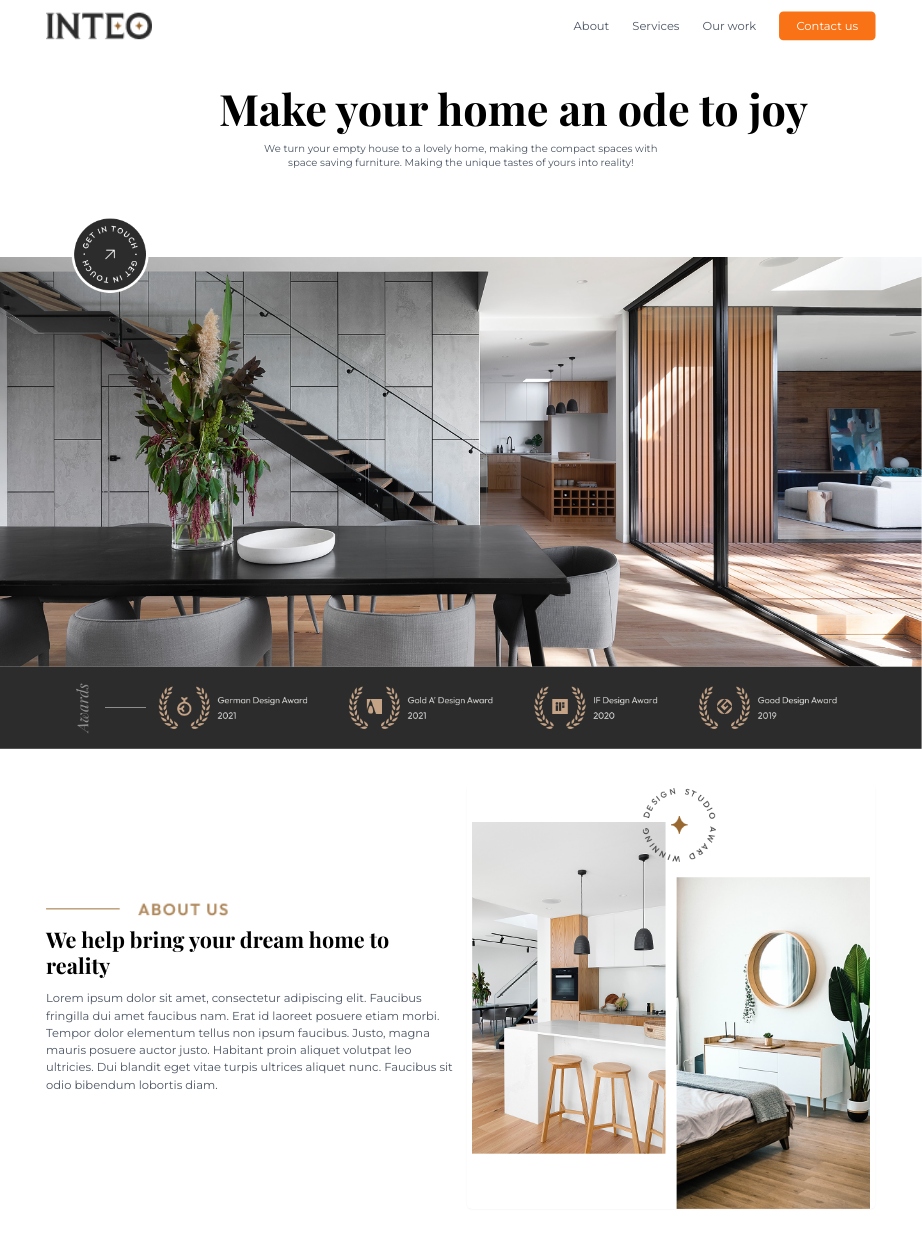
Repository: CatherinneJ/responsive-tailwind-website
Page: tailwind.html
These files come from the project's save history. The page is drawn as it stood at one moment and after the next save; the edit follows.
The browser window is 1280 px wide. The pictures show the whole page, at 72% of full size.
Some web libraries are served in a nearby version.

Above is the page before, as saved 2025-05-20 19:35:28.

### tailwind.html
<!DOCTYPE html>
<html lang="en">
<head>
    <meta charset="UTF-8">
    <meta name="viewport" content="width=device-width, initial-scale=1.0">
    <title>NTEO - Make your home an ode to joy</title>
    <script src="https://cdn.tailwindcss.com"></script>
    <link href="https://fonts.googleapis.com/css2?family=Playfair+Display:wght@400;700&family=Montserrat:wght@300;400;500;600&display=swap" rel="stylesheet">
    <style>
        .font-playfair {
            font-family: 'Playfair Display', serif;
        }
        body {
            font-family: 'Montserrat', sans-serif;
        }
    </style>
</head>
<body class="bg-white">
    <!-- Header responsive -->
    <header class="py-3 px-4 sm:py-4 sm:px-6 lg:px-16">
        <nav class="flex justify-between items-center">
            <img src="./Assets/Logo.png" alt="logo" class="h-8 sm:h-10">
            <!-- Menú adaptable -->
            <ul class="flex space-x-4 sm:space-x-6 md:space-x-8 items-center">
                <li class="hidden sm:inline-block text-gray-600 hover:text-black text-sm sm:text-base">About</li>
                <li class="hidden sm:inline-block text-gray-600 hover:text-black text-sm sm:text-base">Services</li>
                <li class="hidden md:inline-block text-gray-600 hover:text-black text-sm sm:text-base">Our work</li>
                <li class="bg-orange-500 text-white px-4 py-1 sm:px-6 sm:py-2 rounded-md hover:bg-orange-600 text-sm sm:text-base">Contact us</li>
            </ul>
        </nav>
    </header>

    <!-- Hero section -->
    <section class="flex flex-col items-center justify-center px-4 sm:px-6 lg:px-16 pt-6 pb-3 sm:pt-8 sm:pb-4 md:pt-12 md:pb-8 text-center">
        <h1 class="text-3xl sm:text-4xl md:text-5xl lg:text-6xl font-bold whitespace-normal sm:whitespace-nowrap font-playfair mb-3 sm:mb-4 max-w-2xl">
            Make your home an ode to joy
        </h1>

        <p class="text-base sm:text-lg md:text-sm text-gray-600 mb-6 sm:mb-8 max-w-md sm:max-w-xl">
            We turn your empty house to a lovely home, making the compact spaces with space saving furniture. Making the unique tastes of yours into reality!
        </p>
    </section>

    <!-- Imágenes full width -->
    <section class="mt-0">
        <img src="./Assets/Creative.png" class="w-full" alt="Creative design">
    </section>

    <section id="awards" class="mt-0">
        <img src="./Assets/Awards.png" class="w-full" alt="Awards">
    </section>

    <!-- Sección con eyebrow image -->
    <section class="flex flex-col md:flex-row items-center gap-3 sm:gap-4 px-4 sm:px-6 lg:px-16 py-6 sm:py-8 md:py-12">
        <div class="md:w-1/2 order-2 md:order-1 mt-4 md:mt-0">
            <!-- Imagen eyebrow con estilos responsivos -->
            <img src="./Assets/Eyebrow.png" class="mb-2 h-6 sm:h-7 md:h-8" alt="About us">

            <h2 class="text-xl sm:text-2xl md:text-3xl font-playfair font-bold mb-3 sm:mb-4">
                We help bring your dream home to reality
            </h2>
            <p class="text-gray-600 text-sm sm:text-base">
                Lorem ipsum dolor sit amet, consectetur adipiscing elit. Faucibus fringilla dui amet faucibus nam. Erat id laoreet posuere etiam morbi. Tempor dolor elementum tellus non ipsum faucibus. Justo, magna mauris posuere auctor justo. Habitant proin aliquet volutpat leo ultricies. Dui blandit eget vitae turpis ultrices aliquet nunc. Faucibus sit odio bibendum lobortis diam.
            </p>
        </div>
        <div class="md:w-1/2 order-1 md:order-2">
            <img src="./Assets/Section.png" alt="Home design" class="w-full rounded-lg shadow-sm">
        </div>
    </section>
</body>
</html>

After the next save:
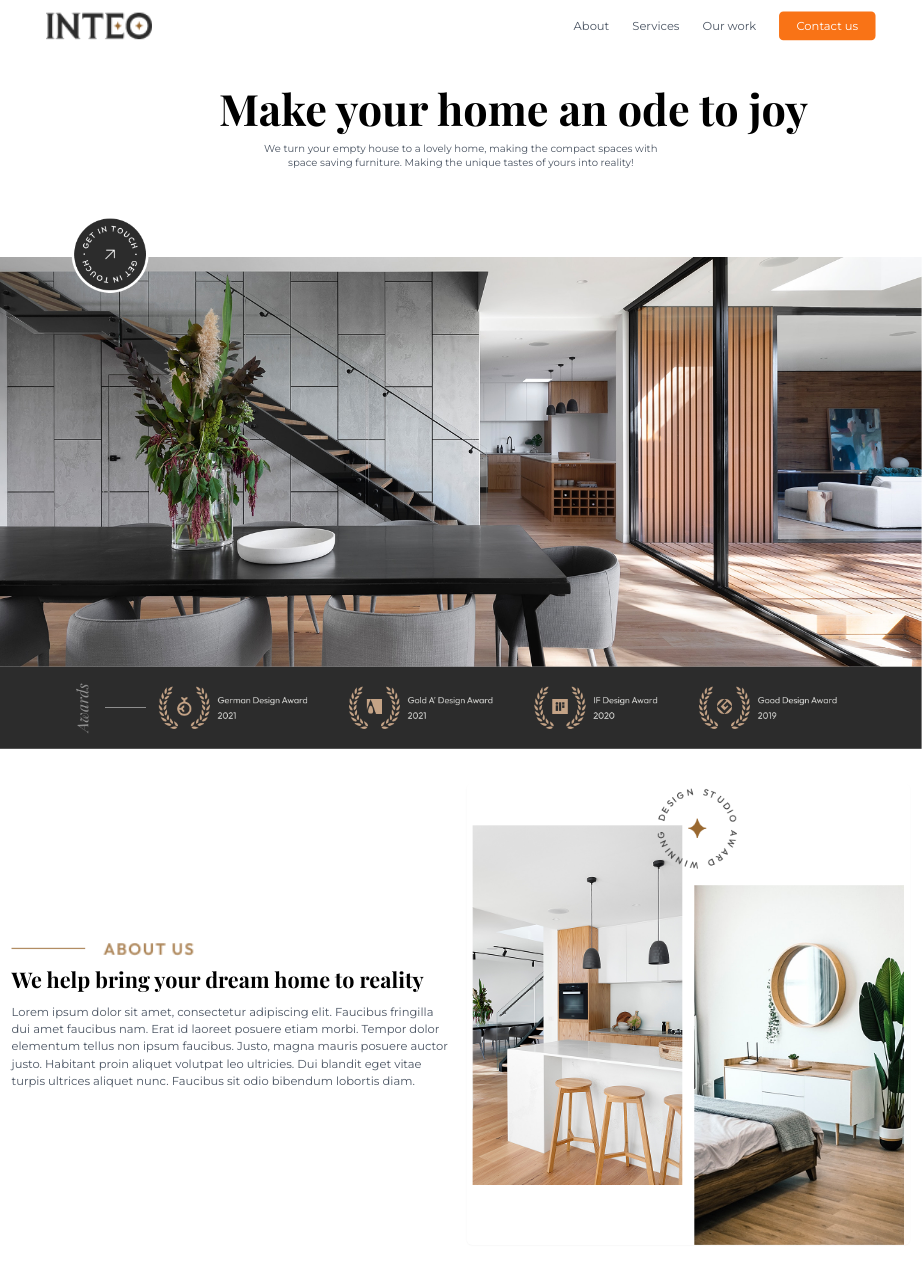
Saved 2 min 25 s later.
--- a/tailwind.html
+++ b/tailwind.html
@@ -51,7 +51,7 @@
     </section>
 
     <!-- Sección con eyebrow image -->
-    <section class="flex flex-col md:flex-row items-center gap-3 sm:gap-4 px-4 sm:px-6 lg:px-16 py-6 sm:py-8 md:py-12">
+    <section class="flex flex-col md:flex-row items-center gap-3 sm:gap-4 px-4 sm:px-6 lg:px-4 py-6 sm:py-8 md:py-12">
         <div class="md:w-1/2 order-2 md:order-1 mt-4 md:mt-0">
             <!-- Imagen eyebrow con estilos responsivos -->
             <img src="./Assets/Eyebrow.png" class="mb-2 h-6 sm:h-7 md:h-8" alt="About us">

After the save that followed:
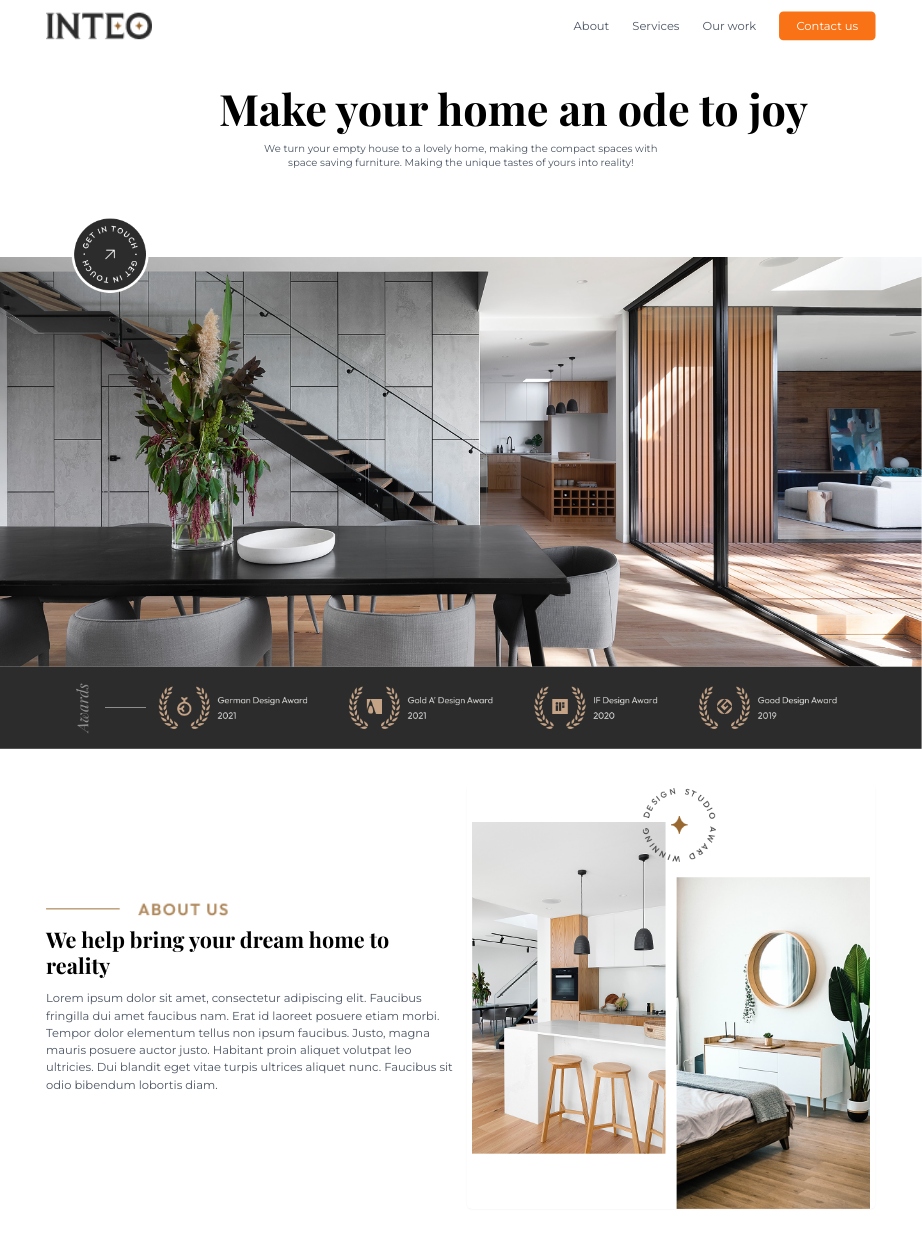
Saved 14 s later.
--- a/tailwind.html
+++ b/tailwind.html
@@ -51,7 +51,7 @@
     </section>
 
     <!-- Sección con eyebrow image -->
-    <section class="flex flex-col md:flex-row items-center gap-3 sm:gap-4 px-4 sm:px-6 lg:px-4 py-6 sm:py-8 md:py-12">
+    <section class="flex flex-col md:flex-row items-center gap-3 sm:gap-4 px-4 sm:px-6 lg:px-16 py-6 sm:py-8 md:py-12">
         <div class="md:w-1/2 order-2 md:order-1 mt-4 md:mt-0">
             <!-- Imagen eyebrow con estilos responsivos -->
             <img src="./Assets/Eyebrow.png" class="mb-2 h-6 sm:h-7 md:h-8" alt="About us">
